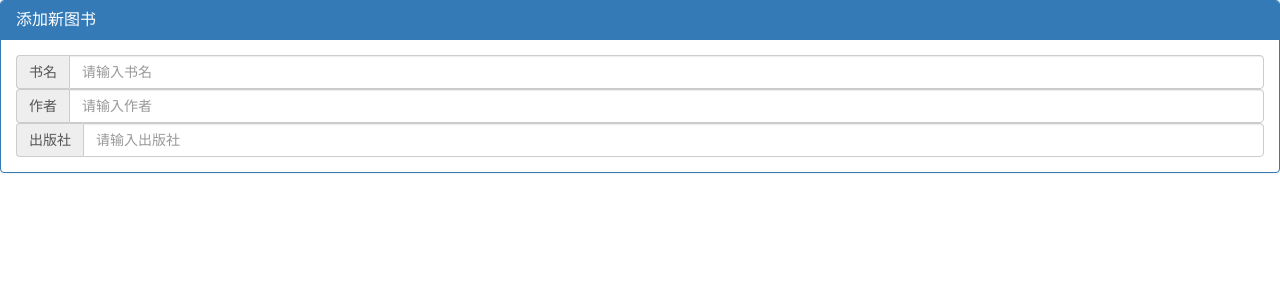
Repository: R1Deemo/ajax
Page: 图书管理.html
An editor plug-in stored every save of this project. The page is shown before and after the next save, followed by the edit.
The browser window is 1280 px wide. The pictures show the whole page.

Above is the page before, as saved 2022-10-24 19:39:43.

After the next save:
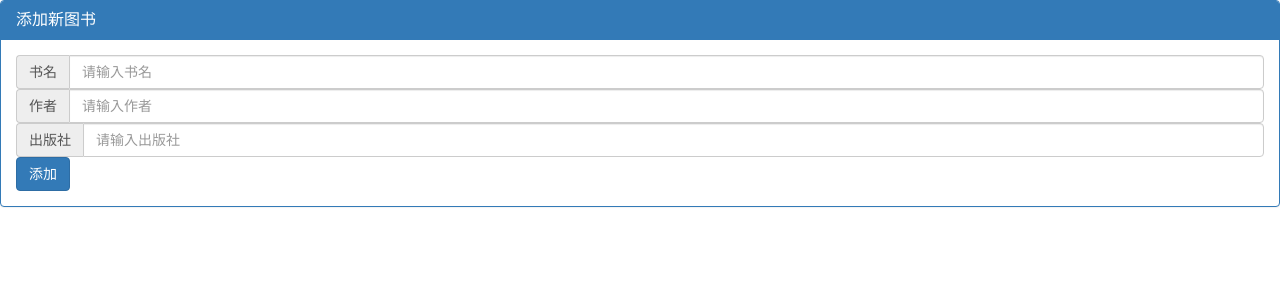
Saved 82 s later.
--- a/图书管理.html
+++ b/图书管理.html
@@ -32,6 +32,7 @@
                 <div class="input-group-addon">出版社</div>
                 <input type="text" class="form-control" id="exampleInputAmount" placeholder="请输入出版社">
             </div>
+            <button id="btnAdd" class="btn btn-primary">添加</button>
 
 
 
